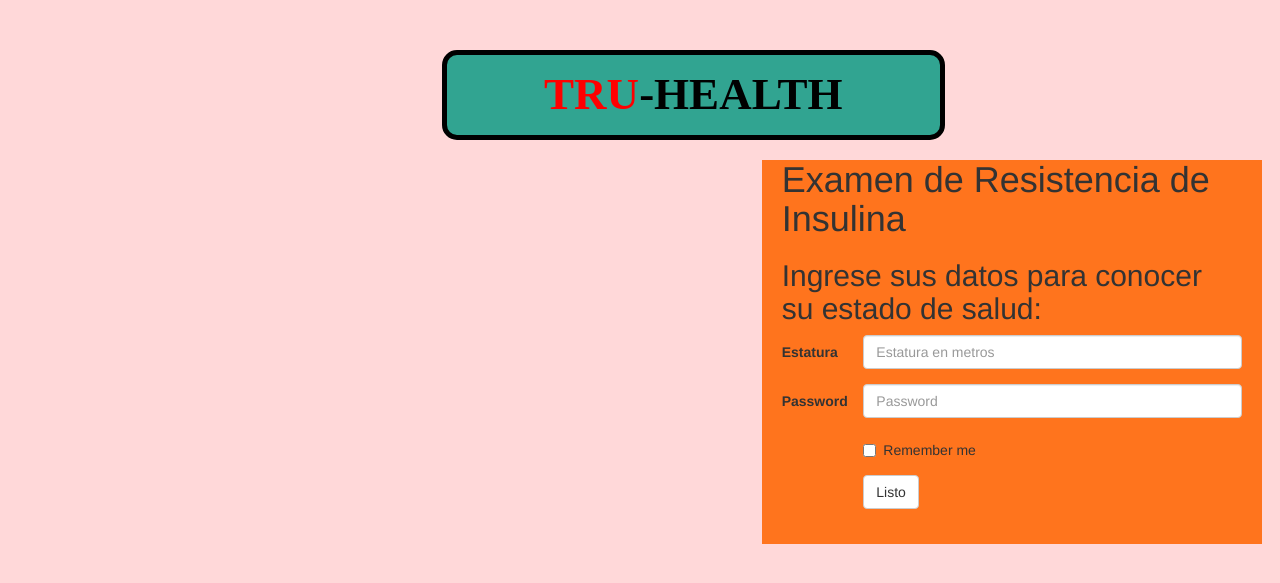
Repository: GabrielAvilesR/GabrielAvilesR.github.io
Page: Tru-Health/Tru-Health/index.html
An editor plug-in stored every save of this project. The page is shown before and after the next save, followed by the edit.
The browser window is 1280 px wide. The pictures show the whole page.
Some web fonts or font styles are not loaded; a fallback is used. Some web libraries are served in a nearby version.

Above is the page before, as saved 2014-04-05 20:28:23.

After the next save:
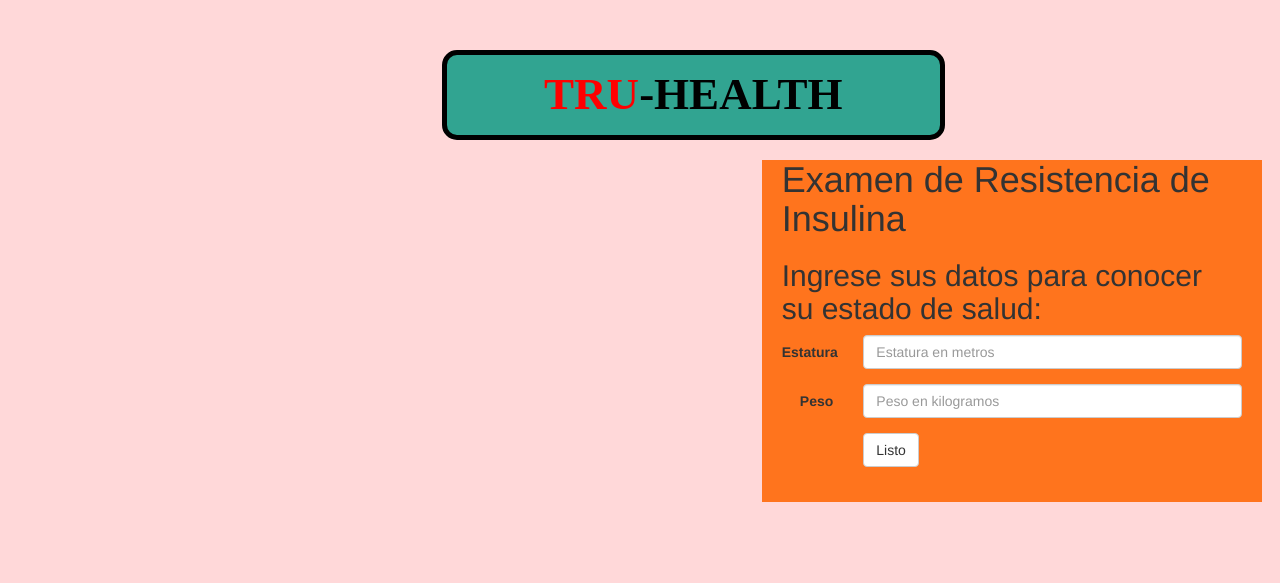
Saved 5 min 31 s later.
--- a/Tru-Health/Tru-Health/index.html
+++ b/Tru-Health/Tru-Health/index.html
@@ -40,18 +40,9 @@
     </div>
   </div>
   <div class="form-group">
-    <label for="inputPassword3" class="col-sm-2 control-label">Password</label>
+    <label for="Weight" class="col-sm-2 control-label">Peso</label>
     <div class="col-sm-10">
-      <input type="password" class="form-control" id="inputPassword3" placeholder="Password">
-    </div>
-  </div>
-  <div class="form-group">
-    <div class="col-sm-offset-2 col-sm-10">
-      <div class="checkbox">
-        <label>
-          <input type="checkbox"> Remember me
-        </label>
-      </div>
+      <input type="number" class="form-control" id="Weight" placeholder="Peso en kilogramos">
     </div>
   </div>
   <div class="form-group">
